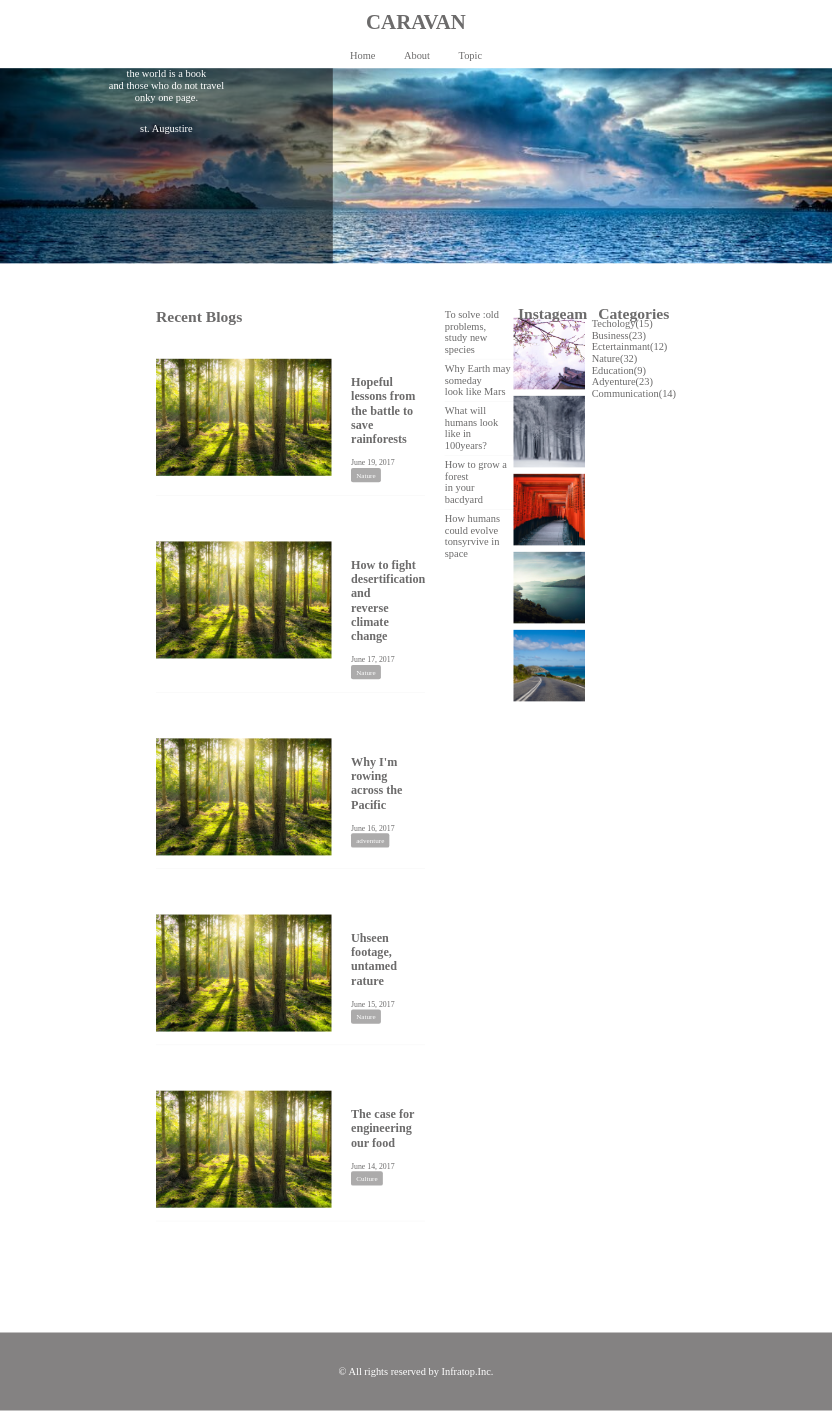
Repository: ishidaryu/ishidaryu
Page: caravan/index.html
The author's editor kept a record of every edit. The page is drawn from the files as they stood at one moment, then again after the next edit.
The browser window is 1280 px wide. The pictures show the whole page, at 65% of full size.

Above is the page before.

After the next edit:
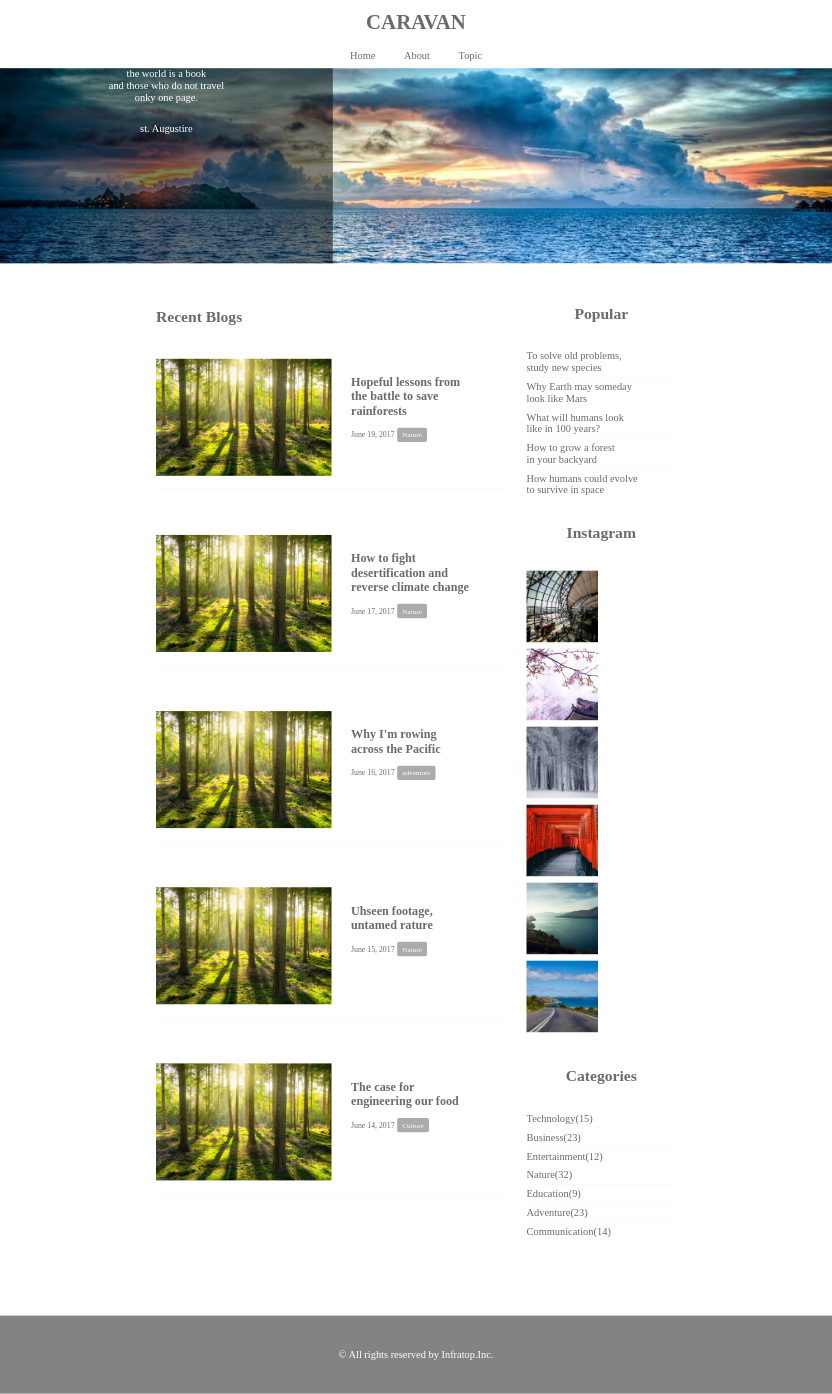
The edit:
--- a/caravan/index.html
+++ b/caravan/index.html
@@ -135,53 +135,43 @@
 
 
         </section>
+
       <div class="sidebar">
-        <section="popular">
-          <h2 class="popular-heading common-heading"Popular></h2>
-          <div class="sidevar-contents"></div>
-           <p class="popular-text">
-             To solve :old problems,<br>study new species
-             </p>
-           <p class="popular-text">
-             Why Earth may someday<br>look like Mars
-             </p>
-           <p class="popular-text">
-
-             What will humans look<br>like in 100years?
-             </p>
-           <p class="popular-text">
-             How to grow a forest<br>in your bacdyard</p>
-           <p class="popular-text">
-             How humans could evolve<br>tonsyrvive in space
-             </p>
+        <section class="popular">
+          <h2 class="popular-heading common-heading">Popular</h2>
+          <div class="sidebar-contents">
+            <p class="popular-text">To solve old problems,<br>study new species</p>
+            <p class="popular-text">Why Earth may someday<br>look like Mars</p>
+            <p class="popular-text">What will humans look<br>like in 100 years?</p>
+            <p class="popular-text">How to grow a forest<br>in your backyard</p>
+            <p class="popular-text">How humans could evolve<br>to survive in space</p>
           </div>
         </section>
-
-        <section class=" instagram">
-          <h2 class="instagram-heading common-heading">Instageam</h2>
-          <div class="instagram-box"></div>
-          <div class="instagram-box"></div>
-          <div class="instagram-box"></div>
-          <div class="instagram-box"></div>
-          <div class="instagram-box"></div>
-          <div class="instagram-box"></div>
-         </div>
+        <section class="instagram">
+          <h2 class="instagram-heading common-heading">Instagram</h2>
+          <div class="sidebar-contents">
+            <div class="instagram-box"></div>
+            <div class="instagram-box"></div>
+            <div class="instagram-box"></div>
+            <div class="instagram-box"></div>
+            <div class="instagram-box"></div>
+            <div class="instagram-box"></div>
+          </div>
         </section>
 
         <section class="categories">
           <h2 class="categories-heading common-heading">Categories</h2>
-          <div class="sidevar-contents">
-            <p class="categories=text">Techology(15)</p>
-            <p class="categories=text">Business(23)</p>
-            <p class="categories=text">Ectertainmant(12)</p>
-            <p class="categories=text">Nature(32)</p>
-            <p class="categories=text">Education(9)</p>
-            <p class="categories=text">Adyenture(23)</p>
-            <p class="categories=text">Communication(14)</p>
+          <div class="sidebar-contents">
+            <p class="categories-text">Technology(15)</p>
+            <p class="categories-text">Business(23)</p>
+            <p class="categories-text">Entertainment(12)</p>
+            <p class="categories-text">Nature(32)</p>
+            <p class="categories-text">Education(9)</p>
+            <p class="categories-text">Adventure(23)</p>
+            <p class="categories-text">Communication(14)</p>
           </div>
         </section>
-            </div>
-
+      </div>
     </main>
 
     <footer>
